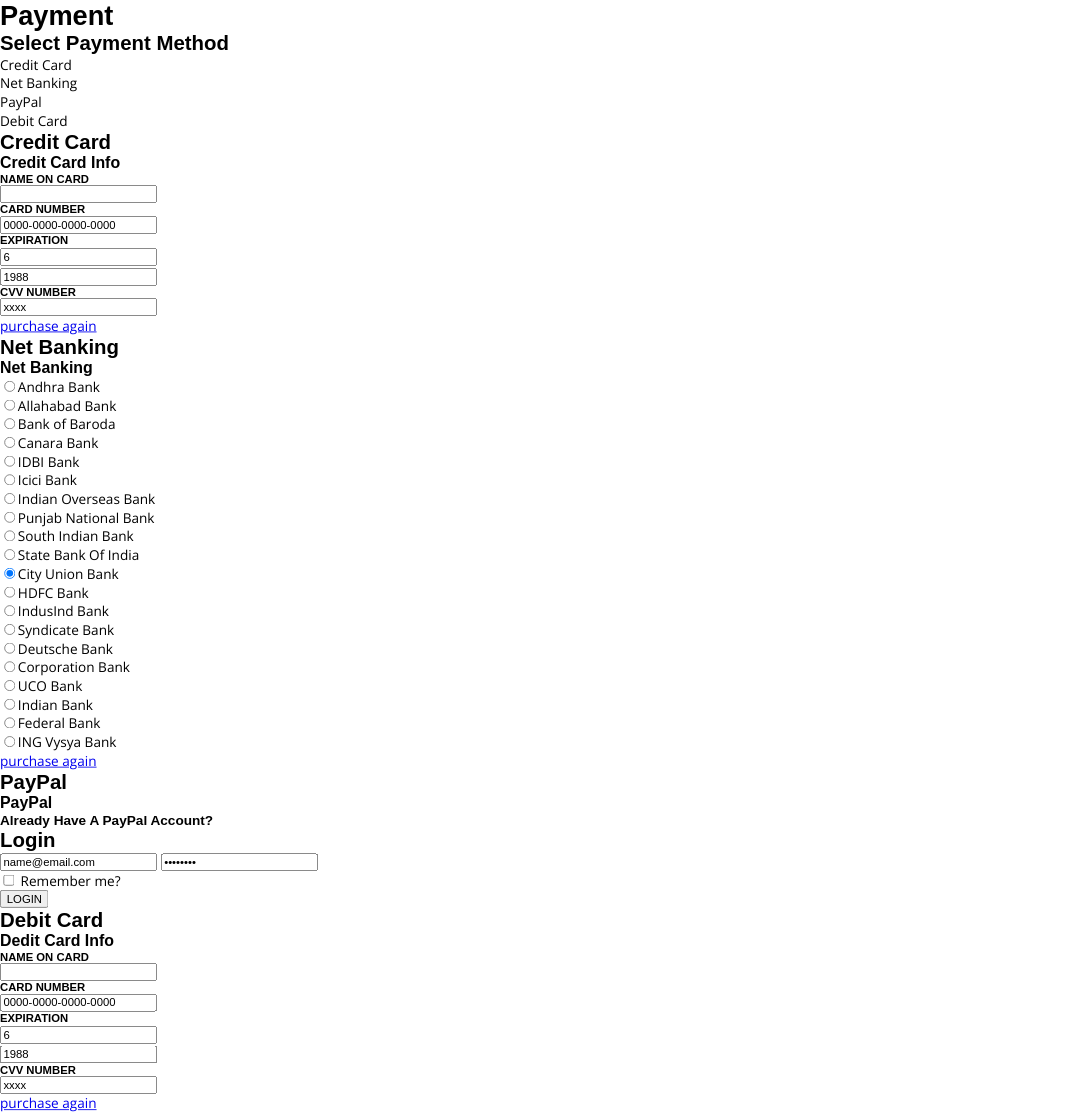
Repository: abinbabu/project-1-final
Page: http://localhost/shoppingcartfront/WEB-INF/views/lastpage.jsp
An editor plug-in stored every save of this project. The page is shown before and after the next save, followed by the edit.
The browser window is 1280 px wide. The pictures show the whole page, at 85% of full size.
Some web fonts or font styles are not loaded; a fallback is used. The page is served by Tomcat 9. Nobody is signed in. Other server files are loaded and not shown. The template is opened directly, without the code that normally fills it, so the values that code supplies are empty.

Above is the page before, as saved 2016-08-21 09:50:01.

### final complete/shoppingcartfront/src/main/webapp/WEB-INF/views/lastpage.jsp
<%@ page language="java" contentType="text/html; charset=ISO-8859-1"
    pageEncoding="ISO-8859-1"%>
    <%@ taglib prefix="spring" uri="http://www.springframework.org/tags"%>
<%@ taglib uri="http://java.sun.com/jsp/jstl/core" prefix="c"%>
<!DOCTYPE html PUBLIC "-//W3C//DTD HTML 4.01 Transitional//EN" "http://www.w3.org/TR/html4/loose.dtd">
<html>
<head>
<meta http-equiv="Content-Type" content="text/html; charset=ISO-8859-1">
<link href="<c:url value="/resources/css/style.css" />"
	rel="stylesheet">
	<link href='//fonts.googleapis.com/css?family=Fugaz+One' rel='stylesheet' type='text/css'>
<link href='//fonts.googleapis.com/css?family=Alegreya+Sans:400,100,100italic,300,300italic,400italic,500,500italic,700,700italic,800,800italic,900,900italic' rel='stylesheet' type='text/css'>
<link href='//fonts.googleapis.com/css?family=Open+Sans:400,300,300italic,400italic,600,600italic,700,700italic,800,800italic' rel='stylesheet' type='text/css'>
<script src="<c:url value="/resources/js/jquery.min.js" />"></script>


<title>payment</title>
</head>
<body>
<div class="main">
		<h1>Payment</h1>
		<div class="content">

			<script src="<c:url value="/resources/js/easyResponsiveTabs.js" />" type="text/javascript"></script>
					<script type="text/javascript">
						$(document).ready(function () {
							$('#horizontalTab').easyResponsiveTabs({
								type: 'default', //Types: default, vertical, accordion
								width: 'auto', //auto or any width like 600px
								fit: true   // 100% fit in a container
							});
						});

					</script>
						<div class="sap_tabs">
							<div id="horizontalTab" style="display: block; width: 100%; margin: 0px;">
								<div class="pay-tabs">
									<h2>Select Payment Method</h2>
									  <ul class="resp-tabs-list">
										  <li class="resp-tab-item" aria-controls="tab_item-0" role="tab"><span><label class="pic1"></label>Credit Card</span></li>
										  <li class="resp-tab-item" aria-controls="tab_item-1" role="tab"><span><label class="pic3"></label>Net Banking</span></li>
										  <li class="resp-tab-item" aria-controls="tab_item-2" role="tab"><span><label class="pic4"></label>PayPal</span></li>
										  <li class="resp-tab-item" aria-controls="tab_item-3" role="tab"><span><label class="pic2"></label>Debit Card</span></li>
										  <div class="clear"></div>
									  </ul>
								</div>
								<div class="resp-tabs-container">
									<div class="tab-1 resp-tab-content" aria-labelledby="tab_item-0">
										<div class="payment-info">

											<h3 class="pay-title">Credit Card Info</h3>
											<form>
												<div class="tab-for">
													<h5>NAME ON CARD</h5>
														<input type="text" value="">
													<h5>CARD NUMBER</h5>
														<input class="pay-logo" type="text" value="0000-0000-0000-0000" onfocus="this.value = '';" onblur="if (this.value == '') {this.value = '0000-0000-0000-0000';}" required="">
												</div>
												<div class="transaction">
													<div class="tab-form-left user-form">
														<h5>EXPIRATION</h5>
															<ul>
																<li>
																	<input type="number" class="text_box" type="text" value="6" min="1" />
																</li>
																<li>
																	<input type="number" class="text_box" type="text" value="1988" min="1" />
																</li>

															</ul>
													</div>
													<div class="tab-form-right user-form-rt">
														<h5>CVV NUMBER</h5>
														<input type="text" value="xxxx" onfocus="this.value = '';" onblur="if (this.value == '') {this.value = 'xxxx';}" required="">
													</div>
													<div class="clear"></div>
												</div>
												<a href="#">purchase again</a>

											</form>

										</div>
									</div>
									<div class="tab-1 resp-tab-content" aria-labelledby="tab_item-1">
										<div class="payment-info">
											<h3>Net Banking</h3>
											<div class="radio-btns">
												<div class="swit">
													<div class="check_box"> <div class="radio"> <label><input type="radio" name="radio" checked=""><i></i>Andhra Bank</label> </div></div>
													<div class="check_box"> <div class="radio"> <label><input type="radio" name="radio"><i></i>Allahabad Bank</label> </div></div>
													<div class="check_box"> <div class="radio"> <label><input type="radio" name="radio"><i></i>Bank of Baroda</label> </div></div>
													<div class="check_box"> <div class="radio"> <label><input type="radio" name="radio"><i></i>Canara Bank</label> </div></div>
													<div class="check_box"> <div class="radio"> <label><input type="radio" name="radio"><i></i>IDBI Bank</label> </div></div>
													<div class="check_box"> <div class="radio"> <label><input type="radio" name="radio"><i></i>Icici Bank</label> </div></div>
													<div class="check_box"> <div class="radio"> <label><input type="radio" name="radio"><i></i>Indian Overseas Bank</label> </div></div>
													<div class="check_box"> <div class="radio"> <label><input type="radio" name="radio"><i></i>Punjab National Bank</label> </div></div>
													<div class="check_box"> <div class="radio"> <label><input type="radio" name="radio"><i></i>South Indian Bank</label> </div></div>
													<div class="check_box"> <div class="radio"> <label><input type="radio" name="radio"><i></i>State Bank Of India</label> </div></div>
												</div>
												<div class="swit">
													<div class="check_box"> <div class="radio"> <label><input type="radio" name="radio" checked=""><i></i>City Union Bank</label> </div></div>
													<div class="check_box"> <div class="radio"> <label><input type="radio" name="radio"><i></i>HDFC Bank</label> </div></div>
													<div class="check_box"> <div class="radio"> <label><input type="radio" name="radio"><i></i>IndusInd Bank</label> </div></div>
													<div class="check_box"> <div class="radio"> <label><input type="radio" name="radio"><i></i>Syndicate Bank</label> </div></div>
													<div class="check_box"> <div class="radio"> <label><input type="radio" name="radio"><i></i>Deutsche Bank</label> </div></div>
													<div class="check_box"> <div class="radio"> <label><input type="radio" name="radio"><i></i>Corporation Bank</label> </div></div>
													<div class="check_box"> <div class="radio"> <label><input type="radio" name="radio"><i></i>UCO Bank</label> </div></div>
													<div class="check_box"> <div class="radio"> <label><input type="radio" name="radio"><i></i>Indian Bank</label> </div></div>
													<div class="check_box"> <div class="radio"> <label><input type="radio" name="radio"><i></i>Federal Bank</label> </div></div>
													<div class="check_box"> <div class="radio"> <label><input type="radio" name="radio"><i></i>ING Vysya Bank</label> </div></div>
												</div>
												<div class="clear"></div>
											</div>
											<a href="#">purchase again</a>
										</div>
									</div>
									<div class="tab-1 resp-tab-content" aria-labelledby="tab_item-2">
										<div class="payment-info">
											<h3>PayPal</h3>
											<h4>Already Have A PayPal Account?</h4>
											<div class="login-tab">
												<div class="user-login">
													<h2>Login</h2>

													<form>
														<input type="text" value="name@email.com" onfocus="this.value = '';" onblur="if (this.value == '') {this.value = 'name@email.com';}" required="">
														<input type="password" value="PASSWORD" onfocus="this.value = '';" onblur="if (this.value == '') {this.value = 'PASSWORD';}" required="">
															<div class="user-grids">
																<div class="user-left">
																	<div class="single-bottom">
																			<ul>
																				<li>
																					<input type="checkbox"  id="brand1" value="">
																					<label for="brand1"><span></span>Remember me?</label>
																				</li>
																			</ul>
																	</div>
																</div>
																<div class="user-right">
																	<input type="submit" value="LOGIN">
																</div>
																<div class="clear"></div>
															</div>
													</form>
												</div>
											</div>
										</div>
									</div>
									<div class="tab-1 resp-tab-content" aria-labelledby="tab_item-3">
										<div class="payment-info">

											<h3 class="pay-title">Dedit Card Info</h3>
											<form>
												<div class="tab-for">
													<h5>NAME ON CARD</h5>
														<input type="text" value="">
													<h5>CARD NUMBER</h5>
														<input class="pay-logo" type="text" value="0000-0000-0000-0000" onfocus="this.value = '';" onblur="if (this.value == '') {this.value = '0000-0000-0000-0000';}" required="">
												</div>
												<div class="transaction">
													<div class="tab-form-left user-form">
														<h5>EXPIRATION</h5>
															<ul>
																<li>
																	<input type="number" class="text_box" type="text" value="6" min="1" />
																</li>
																<li>
																	<input type="number" class="text_box" type="text" value="1988" min="1" />
																</li>

															</ul>
													</div>
													<div class="tab-form-right user-form-rt">
														<h5>CVV NUMBER</h5>
														<input type="text" value="xxxx" onfocus="this.value = '';" onblur="if (this.value == '') {this.value = 'xxxx';}" required="">
													</div>
													<div class="clear"></div>
												</div>
												<a href="#">purchase again</a>
											</form>


											</div>
										</div>
									</div>
								</div>
							</div>
						</div>

		</div>
		</div>
</body>
</html>

Loaded but not shown: final complete/shoppingcartfront/src/main/webapp/resources/js/jquery.min.js (library); final complete/shoppingcartfront/src/main/webapp/resources/js/easyResponsiveTabs.js (110 lines, source omitted); final complete/shoppingcartfront/src/main/webapp/resources/css/style.css (3419 lines, source omitted)

After the next save:
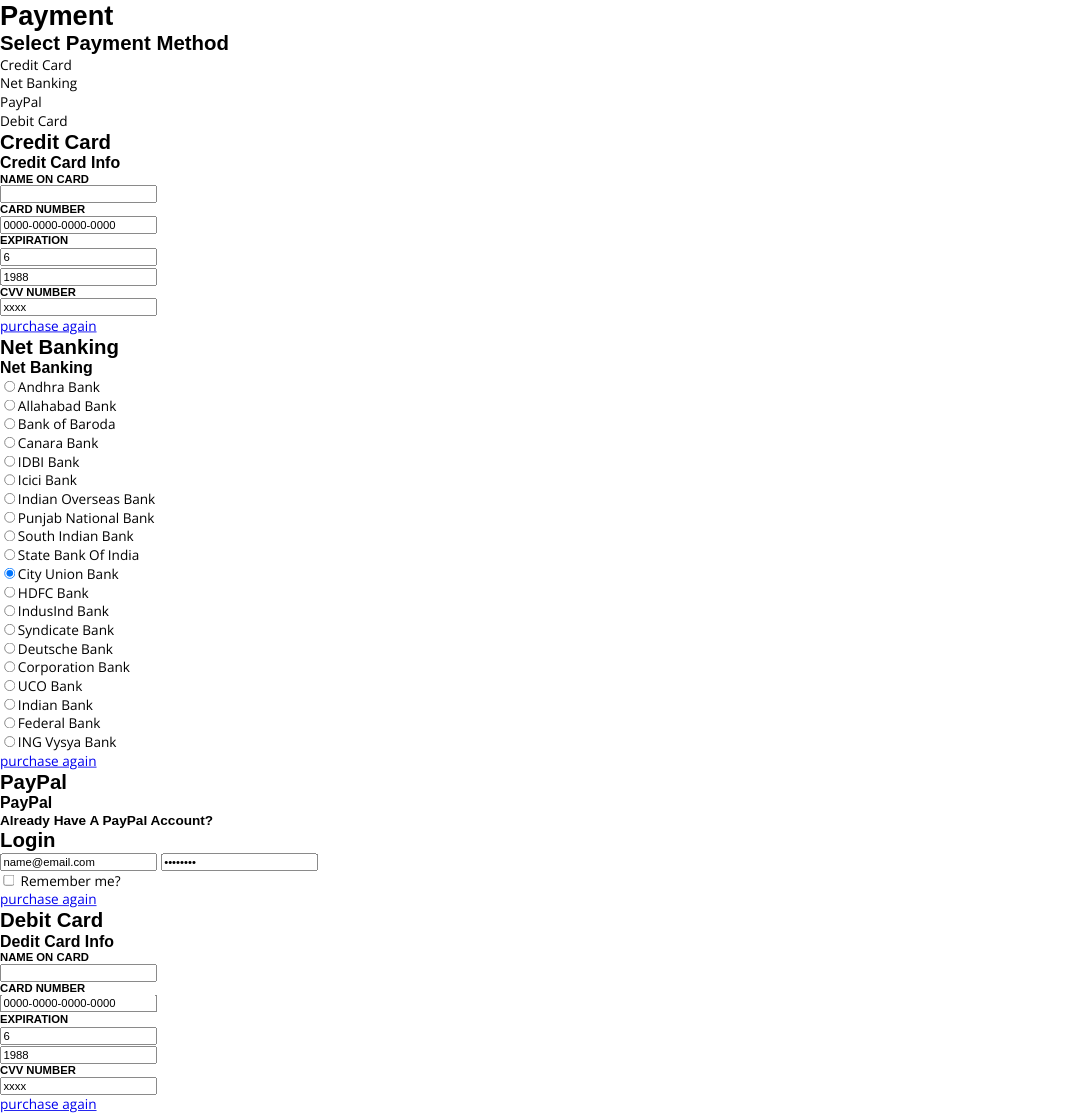
Saved 11 s later.
--- a/final complete/shoppingcartfront/src/main/webapp/WEB-INF/views/lastpage.jsp
+++ b/final complete/shoppingcartfront/src/main/webapp/WEB-INF/views/lastpage.jsp
@@ -137,7 +137,7 @@
 																	</div>
 																</div>
 																<div class="user-right">
-																	<input type="submit" value="LOGIN">
+																	<a href="#">purchase again</a>
 																</div>
 																<div class="clear"></div>
 															</div>
